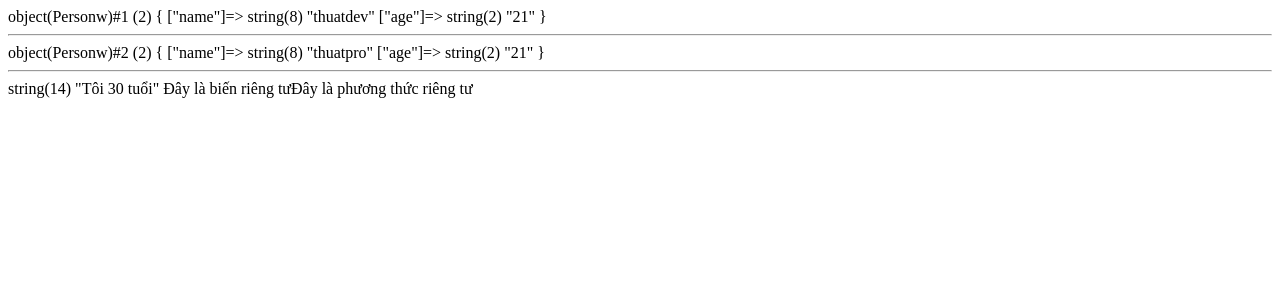
Repository: ThuatDev/php-push
Page: http://localhost/thuat_lear_class.php
An editor plug-in stored every save of this project. The page is shown before and after the next save, followed by the edit.
The browser window is 1280 px wide. The pictures show the whole page.
The page is run by PHP 8.4 with error messages shown; the project is at /var/www/html/.

Above is the page before, as saved 2023-09-30 07:39:59.

After the next save:
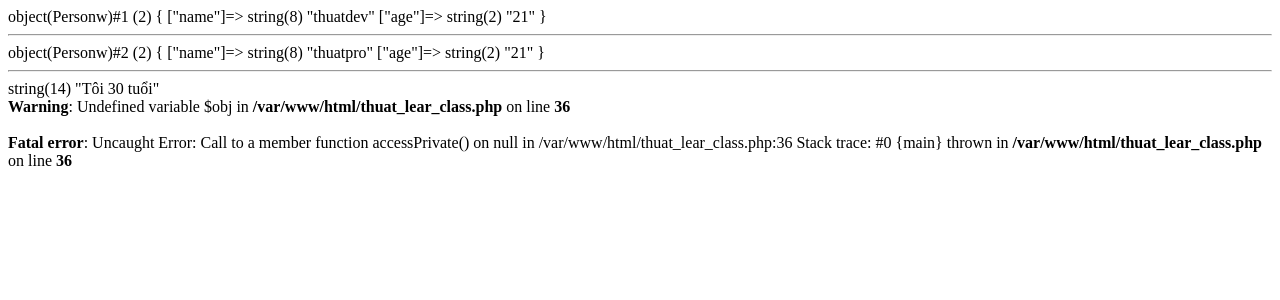
Saved 23 s later.
--- a/thuat_lear_class.php
+++ b/thuat_lear_class.php
@@ -27,7 +27,7 @@
     }
 }
 
-$obj = new MyClass();
+// $obj = new MyClass();
 // Không thể truy cập trực tiếp từ bên ngoài lớp
 // echo $obj->privateVar; // Lỗi
 // echo $obj->privateMethod(); // Lỗi

After the save that followed:
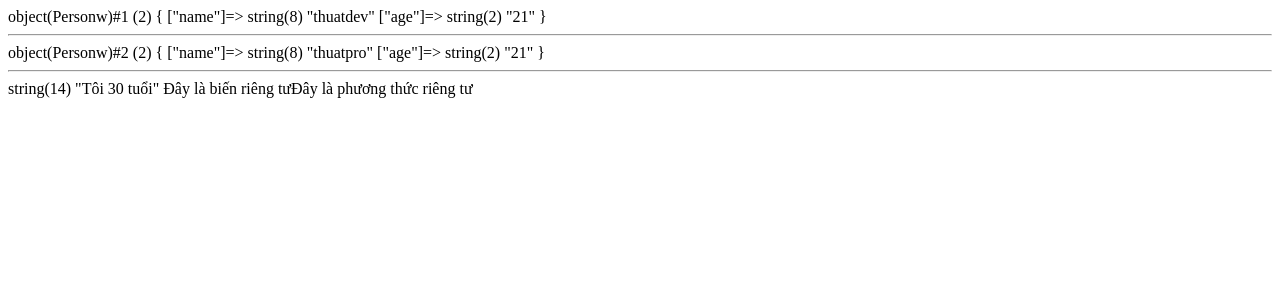
Saved 4 s later.
--- a/thuat_lear_class.php
+++ b/thuat_lear_class.php
@@ -27,7 +27,7 @@
     }
 }
 
-// $obj = new MyClass();
+$obj = new MyClass();
 // Không thể truy cập trực tiếp từ bên ngoài lớp
 // echo $obj->privateVar; // Lỗi
 // echo $obj->privateMethod(); // Lỗi
